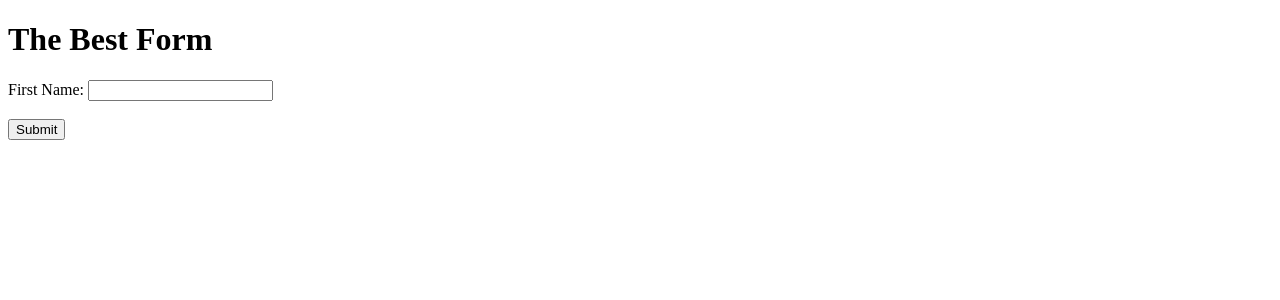
Repository: github-patrixweb/cosw30
Page: labwork/lab2/form.html
The author's editor kept a record of every edit. The page is drawn from the files as they stood at one moment, then again after the next edit.
The browser window is 1280 px wide. The pictures show the whole page.

Above is the page before.

### labwork/lab2/form.html
<!doctype html>
<html lang="en">
<head>
	<meta charset="utf-8">
	<title>Simple HTML Form</title>
	<style type="text/css">

	</style>
</head>
<body>
<h1>The Best Form</h1>

<form action="form.php" method="post">

<label for="first_name">First Name:</label>
<input type="text" name="first_name"/><br>&nbsp;<br>
<input type="submit" name="Submit Name"/>



</form>

</body>
</html>

After the next edit:
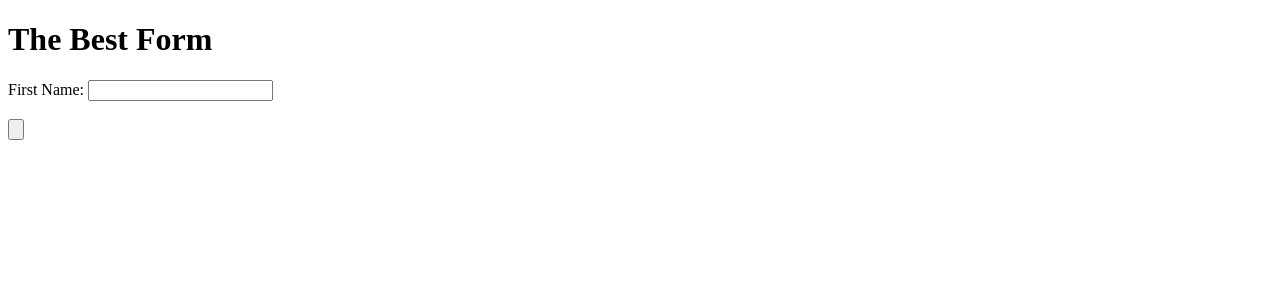
The edit:
--- a/labwork/lab2/form.html
+++ b/labwork/lab2/form.html
@@ -14,7 +14,7 @@
 
 <label for="first_name">First Name:</label>
 <input type="text" name="first_name"/><br>&nbsp;<br>
-<input type="submit" name="Submit Name"/>
+<input type="submit" name="Submit Name" value=""Submit Name"/>
 
 
 
